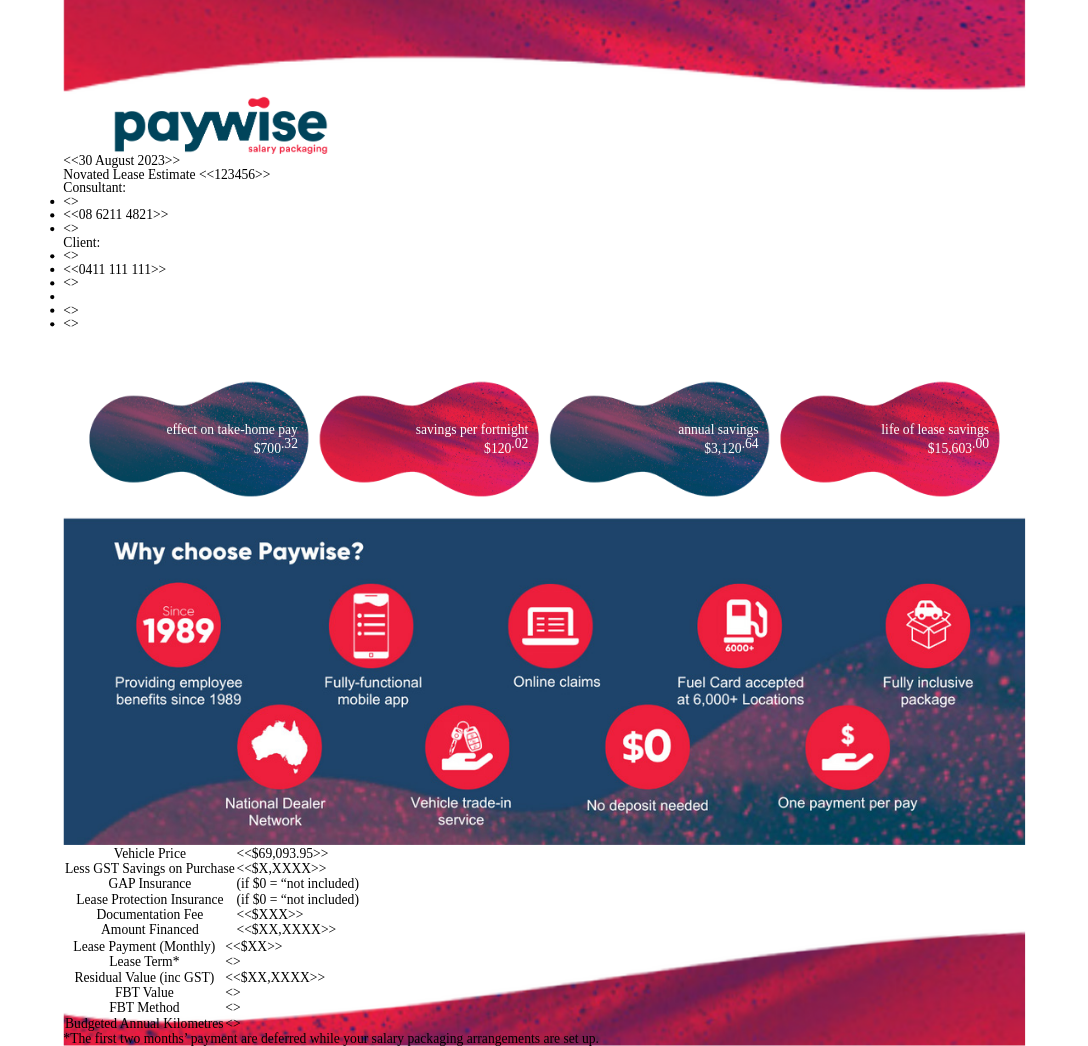
Repository: hoangtubest/novated-phong
Page: 1.html
These files come from the project's save history. The page is drawn as it stood at one moment and after the next save; the edit follows.
The browser window is 1280 px wide. The pictures show the whole page, at 85% of full size.
The style sheet was rebuilt from its Sass, Less or Tailwind sources for each picture, by a compiler version that may differ from the author's.

Above is the page before, as saved 2023-10-18 13:23:32.

After the next save:
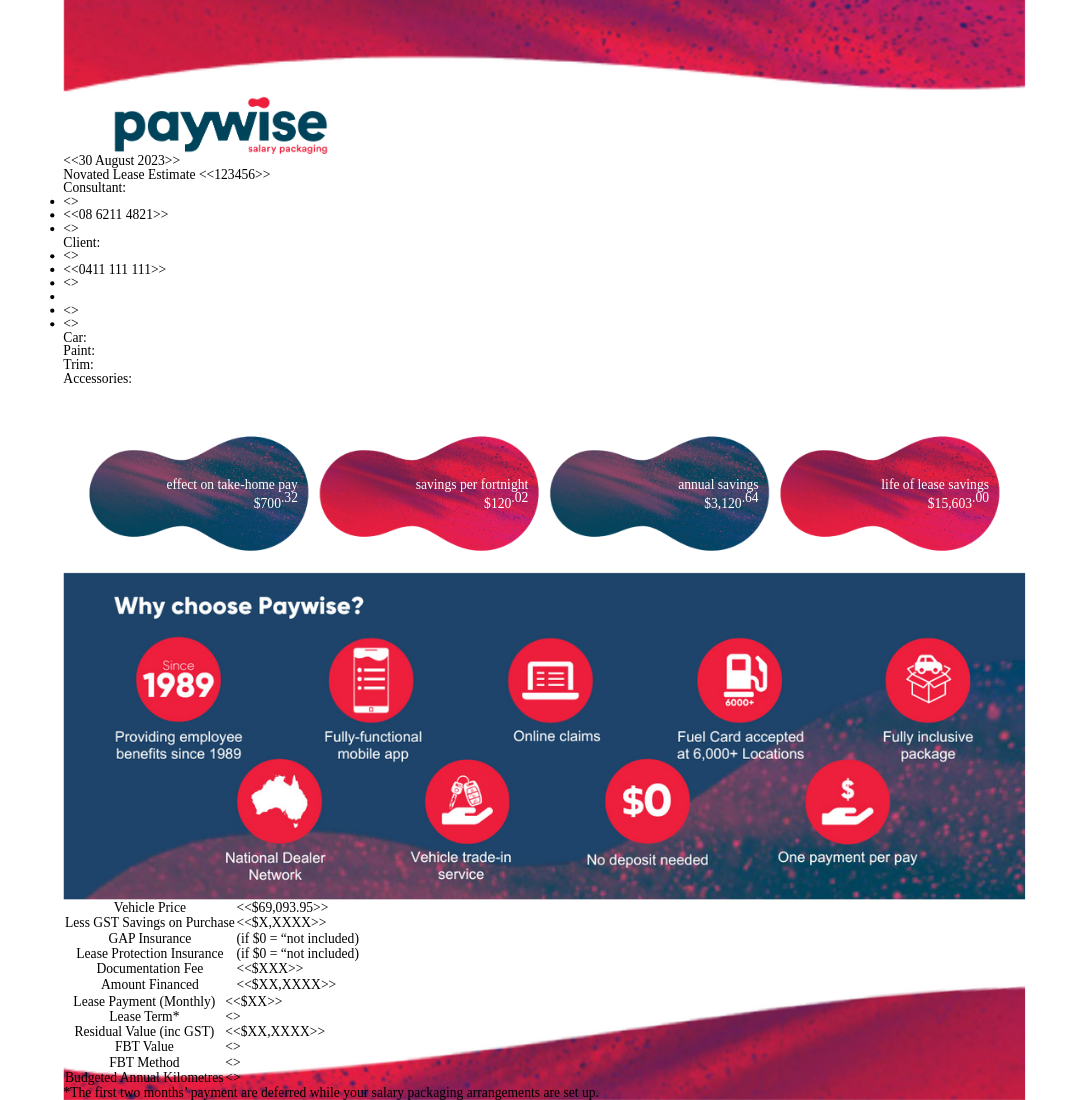
Saved 95 s later.
--- a/1.html
+++ b/1.html
@@ -60,7 +60,19 @@
             </dd>
           </dl>
           <dl>
-            <dt></dt>
+            <dt><strong>Car:</strong></dt>
+            <dd></dd>
+          </dl>
+          <dl>
+            <dt>Paint:</dt>
+            <dd></dd>
+          </dl>
+          <dl>
+            <dt>Trim:</dt>
+            <dd></dd>
+          </dl>
+          <dl>
+            <dt>Accessories:</dt>
             <dd></dd>
           </dl>
         </div>
